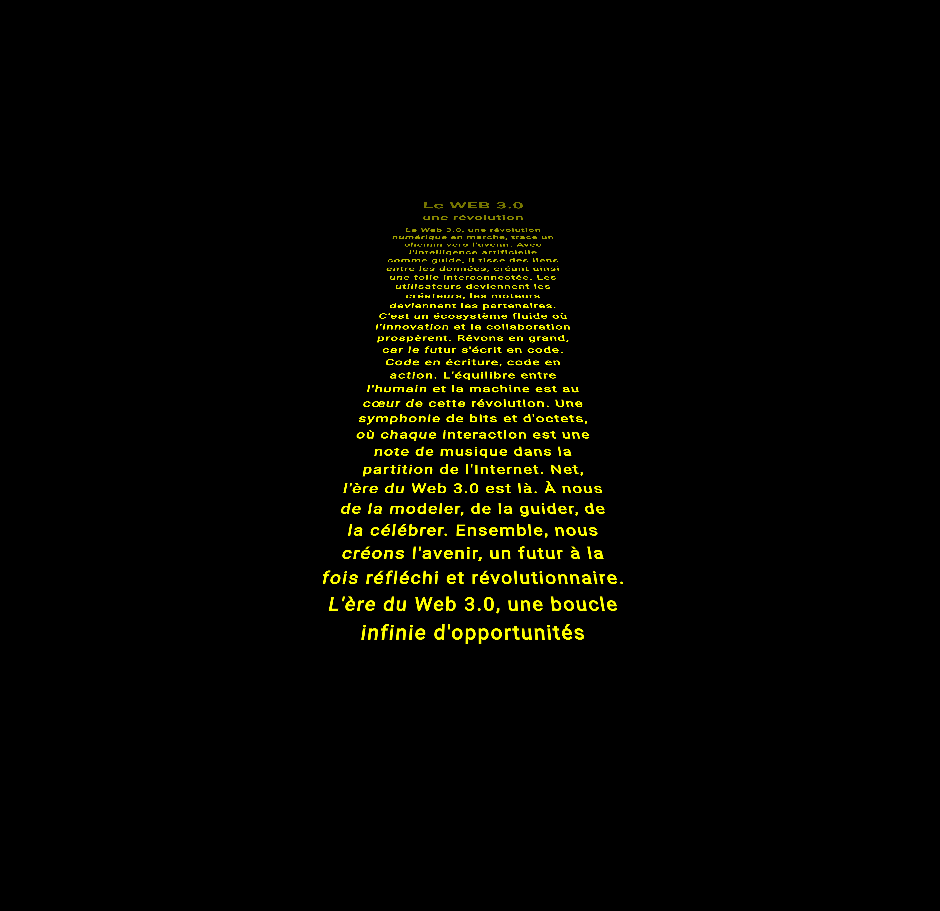
Repository: Alexander-Fejari/exercices-star-wars
Page: index.html
An editor plug-in stored every save of this project. The page is shown before and after a run of saves, followed by the edit.
The browser window is 1280 px wide. The page is 1288 px wide, so the pictures cover 1288 px, including what lies to the right of the window. The pictures show the whole page, at 73% of full size.
Some web fonts or font styles are not loaded; a fallback is used.

Above is the page before, as saved 2023-09-28 18:04:27.

After the next 6 saves:
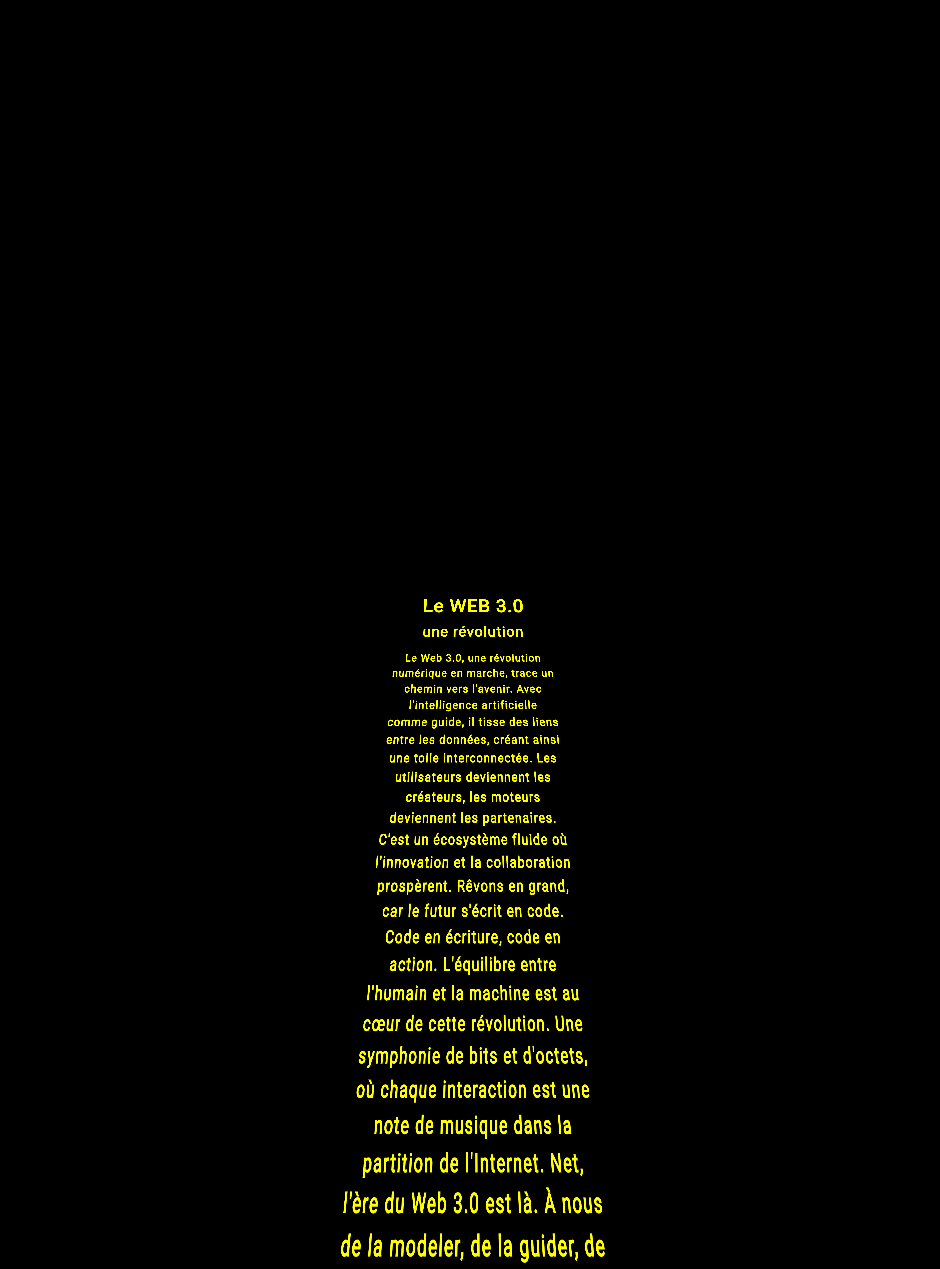
The 6 saves are shown as one change because they came seconds apart.
The last was saved 22 s later.
--- a/style/style.css
+++ b/style/style.css
@@ -41,7 +41,7 @@
 @keyframes generique {
 
   0% {
-    top: -5000px;
+    top: -100vh;
     transform: rotateX(21deg) translateZ(-2500px);
   }
     100% {
